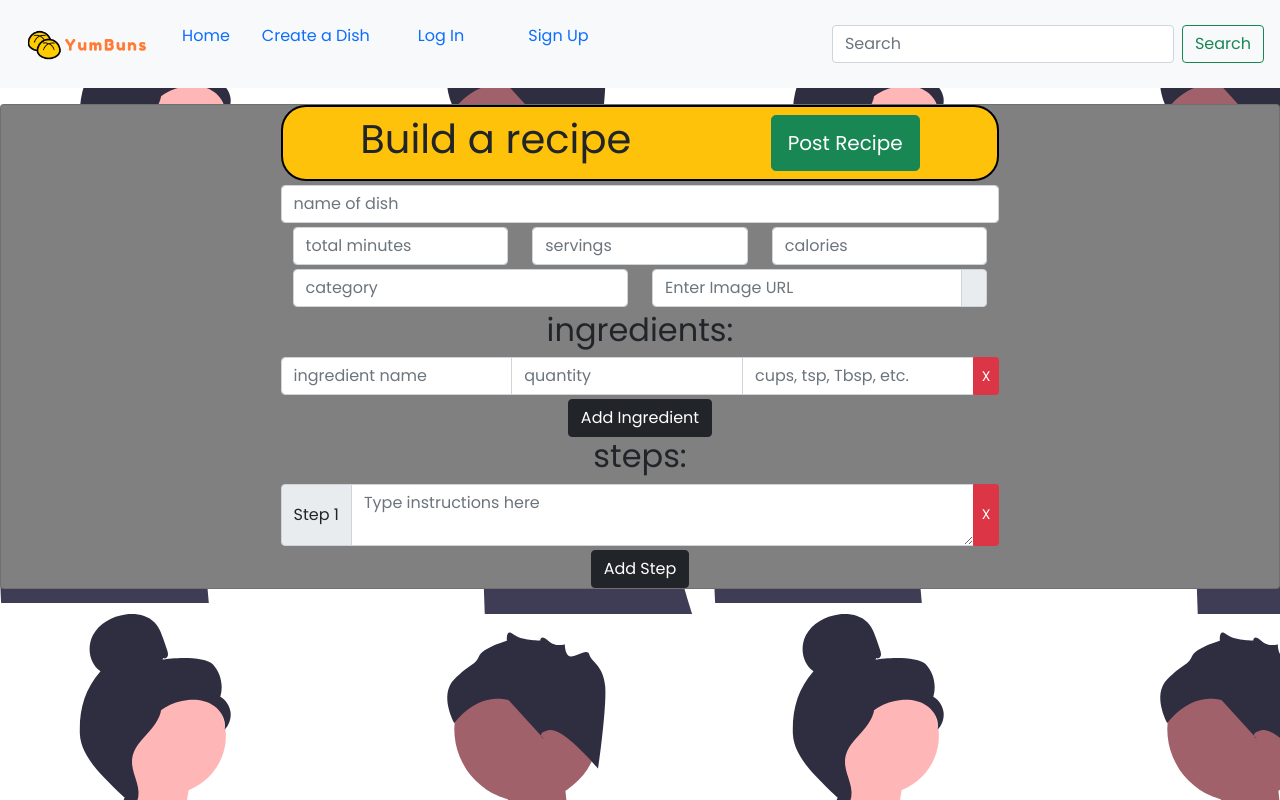
Repository: mottad14/yumBuns
Page: /create (app in client/)
These files come from the project's save history. The page is drawn as it stood at one moment and after the next save; the edit follows.
The browser window is 1280 px wide. The pictures show the whole page.
Some web fonts or font styles are not loaded; a fallback is used. The project was rebuilt for these pictures with package versions that can differ from the ones it lists, and the page was loaded fresh each time. Also part of the build but not shown: client/src/components/RecipePreview.js, client/src/views/Main.js, client/src/views/Login.js, client/src/views/NewAccount.js, client/src/views/Recipe.js, client/src/components/SubscribePop.css, client/src/components/SignUp.jsx, client/src/components/SubscribePop.js.

Above is the page before, as saved 2022-07-30 12:58:33.

### client/public/index.html
<!DOCTYPE html>
<html lang="en">
  <head>
    <meta charset="utf-8" />
    <link rel="icon" href="%PUBLIC_URL%/favicon.ico" />
    <meta name="viewport" content="width=device-width, initial-scale=1" />
    <meta name="theme-color" content="#000000" />
    <meta
      name="description"
      content="Web site created using create-react-app"
    />
    <!--
      Notice the use of %PUBLIC_URL% in the tags above.
      It will be replaced with the URL of the `public` folder during the build.
      Only files inside the `public` folder can be referenced from the HTML.

      Unlike "/favicon.ico" or "favicon.ico", "%PUBLIC_URL%/favicon.ico" will
      work correctly both with client-side routing and a non-root public URL.
      Learn how to configure a non-root public URL by running `npm run build`.
    -->
    <title>Yumbuns</title>
  </head>
  <body>
    <noscript>You need to enable JavaScript to run this app.</noscript>
    <div id="root"></div>
    <!--
      This HTML file is a template.
      If you open it directly in the browser, you will see an empty page.

      You can add webfonts, meta tags, or analytics to this file.
      The build step will place the bundled scripts into the <body> tag.

      To begin the development, run `npm start` or `yarn start`.
      To create a production bundle, use `npm run build` or `yarn build`.
    -->
  </body>
</html>

### client/src/index.js
import React from 'react';
import ReactDOM from 'react-dom';
import './index.css';
import App from './App';
import reportWebVitals from './reportWebVitals';
import {BrowserRouter} from "react-router-dom";

ReactDOM.render(
    <React.StrictMode>
      <BrowserRouter>
            <App />
      </BrowserRouter>
    </React.StrictMode>,
    document.getElementById('root')
);



// If you want to start measuring performance in your app, pass a function
// to log results (for example: reportWebVitals(console.log))
// or send to an analytics endpoint. Learn more: https://bit.ly/CRA-vitals
reportWebVitals();

### client/src/App.js
import React from 'react';
import 'bootstrap/dist/css/bootstrap.min.css';
import {Switch, Route} from "react-router-dom";
import './App.css';
import NavBar from './components/NavBar';
import Main from './views/Main';
import Login from './views/Login'
import NewAccount from "./views/NewAccount"
import Create from './views/Create';
import Recipe from './views/Recipe';
import SubscribePop from './components/SubscribePop';
import {useState, useEffect} from 'react'
import { AuthContextProvider } from "./contexts/AuthContext";
import eating from "./imgs/cooking.svg"



function App() {
  const [timedPopup, setTimedPopup] = useState (false);

  useEffect(() => {
    setTimeout(() => {
      setTimedPopup(true)
    }, 45000)
  }, [])


  return (

    <div className="App" style={{ backgroundImage: `url(${eating})` }}>
      <div >

          <div className="">
              <AuthContextProvider>
                <NavBar/>
                  <Switch>
                    <Route exact path="/">
                      <Main/>
                    </Route>

                    <Route exact path="/login">
                      <Login/>
                    </Route>

                    <Route exact path="/signup">
                      <NewAccount/>
                    </Route>

                    <Route path="/view/single/:_id">
                      <Recipe/>
                    </Route>

                    <Route exact path="/create">
                      <Create/>
                    </Route>
                  </Switch>

                  <SubscribePop trigger={timedPopup} setTrigger={setTimedPopup}>
                  </SubscribePop>
              </AuthContextProvider>

          </div>
       </div>
    </div>
  );
}

export default App;

### client/src/App.css
@import url('https://fonts.googleapis.com/css2?family=BIZ+UDGothic&family=Poppins&display=swap');

.App {
  font-family: 'BIZ UDGothic', sans-serif;
  font-family: 'Poppins', sans-serif;
  text-align: center;
  min-height: 800px;
}

.recipePreview{
  border: 3px solid rgb(177, 177, 177);
  min-height: 300px;
  width: 250px;
  background-color: rgb(254, 194, 10);
  border-left-style: dotted;
  border-right-style: dotted;
  border-radius: 10%;

}

.recipePreview > img{
  width: 95%;
  border-radius: 10%;
}
.recipePreview >div{
  align-items: center;

}

.Logo{
  margin-left: 10px;
  height: 30px;
}

.sticky{
  position: sticky;
  top: 0;
  z-index: 999;
  background-color: rgb(254, 194, 10);
  border: 2px solid black;
  border-radius: 25px;
}

.thumbnailBox > img{
  height: 40px;
}

.thumbnailBox > img:hover{
  height: 125px;
}

### client/src/components/NavBar.js
import React from "react";
import { Link } from "react-router-dom"
import Nav from 'react-bootstrap/Nav';
import YumBuns from "../imgs/YumBunsLogo.png"

const NavBar = (props) => {
    return(
            <nav className="navbar navbar-expand-sm bg-light mb-3">
                <Link className="navbar-brand mx-3" to="/">  <img className="Logo" src={YumBuns} alt="Logo" /> </Link>

                <div className="collapse navbar-collapse" id="navbarSupportedContent">
                <ul className="navbar-nav me-auto mb-2 mb-lg-0">
                    <li className="nav-item">
                    <Nav.Link> <Link className="nav-link btn-outline-warning" aria-current="page" to="/">Home</Link> </Nav.Link>
                    </li>
                    <li className="nav-item">
                    <Nav.Link> <Link className="nav-link btn-outline-warning" to="/create">Create a Dish</Link> </Nav.Link>
                    </li>
                    <li className="nav-item">
                    <Nav.Link> <Link className="nav-link d-flex mx-3 btn-outline-warning" to="/login"> Log In</Link> </Nav.Link>
                    </li>
                    <li className="nav-item">
                    <Nav.Link>  <Link className="nav-link d-flex mx-3 btn-outline-warning" to="/signup">    <p onClick={() => props.setTrigger(true)}> Sign Up </p>    </Link> </Nav.Link>
                    </li>
                </ul>
                <form className="d-flex mx-3" role="search">
                    <input className="form-control me-2" type="search" placeholder="Search" aria-label="Search" />
                    <button className="btn btn-outline-success" type="submit">Search</button>
                </form>
            </div>
            </nav>
    )
}

export default NavBar;

### client/src/views/Create.js
import React, {useState} from "react";
import axios from "axios"
import { useHistory } from "react-router-dom";
import { Card } from "react-bootstrap";


const Create = (props) => {
    const [form, setForm] = useState({
        name:"",
        minutes: 0,
        servings: null,
        calories: null,
        category: "",
        imgURL: "",
        steps:[""], //Steps is going to need its own onChange-handler
        ingredients:[ //Ingredients will also need its own onChange-handler
            {amount: "", name:"", measurement:""}
        ]
    })

    const history = useHistory();

    const onChangeHandler = (event) =>{
        setForm({
            ...form,
            [event.target.name]: event.target.value
        })
    }

    const onAddStep = (event)=>{
        event.preventDefault();
        const copyForm = {...form};
        copyForm.steps.push("")
        setForm(copyForm);

    }

    const onAddIngredient = (event) =>{
        event.preventDefault();
        const copyForm = {...form};
        copyForm.ingredients.push({ amount: undefined, name: "", measurement: ""})
        setForm(copyForm);
    }

    const onRemoveIngredient = (event, i)=>{
        event.preventDefault();
        const copyForm = {...form}
        copyForm.ingredients.splice(i,1)
        setForm(copyForm)
    }

    const onRemoveStep = (event, i)=>{
        event.preventDefault();
        const copyForm = {...form}
        copyForm.steps.splice(i,1)
        setForm(copyForm)
    }

    const onChangeStep = (event, i)=>{
        const copyForm = {...form};
        copyForm.steps[i] = event.target.value;
        setForm(copyForm)
    }

    const onChangeIngredient = (event, i) => {
        const copyForm = {...form};
        copyForm.ingredients[i][event.target.name] = event.target.value;
        setForm(copyForm);
    }

    const onSubmitHandler = (event) => {
        event.preventDefault();
        axios.post("http://localhost:8000/api/recipes/create", form)
            .then(res=>{
                history.push("/");
            })
            .catch(err=>{
                console.log(err)
            })
    };

    return (
        <Card style={{backgroundColor: "gray", width: "500 px"}}>

           <form className="d-block w-75 mx-auto" onSubmit={onSubmitHandler}>
               <div className="d-flex justify-content-around sticky d-block w-75 mx-auto p-2">
                    <h1> Build a recipe</h1>
                    <input type="submit" className="btn btn-lg btn-success" value="Post Recipe" />
                </div>

               <div className="form-group d-block w-75 mx-auto my-1">
                   <input type="text" name="name" onChange={onChangeHandler} className="form-control" placeholder="name of dish" />
               </div>

               <div className="row my-1 w-75 mx-auto">
                   <div className="col">
                       <input type="number" name="minutes" onChange={onChangeHandler} className="form-control" placeholder="total minutes" aria-label="minutes"/>
                   </div>
                    <div className="col">
                       <input type="number" name="servings" onChange={onChangeHandler} className="form-control" placeholder="servings" aria-label="servings"/>
                   </div>
                    <div className="col">
                       <input type="number" name="calories" onChange={onChangeHandler} className="form-control" placeholder="calories" aria-label="calories"/>
                   </div>
               </div>

                <div className="row my-1 w-75 mx-auto">
                   <div className="col">
                       <input type="text" name="category" onChange={onChangeHandler} className="form-control" placeholder="category" aria-label="category"/>
                   </div>
                    <div className="col input-group">
                       <input type="text" name="imgURL" onChange={onChangeHandler} className="form-control" placeholder="Enter Image URL" aria-label="imageURL"/>
                       <span className="input-group-text thumbnailBox">{form.imgURL.length > 0 && <img src={form.imgURL} alt="image thumbnail" />}</span>
                   </div>
               </div>

               <h2>ingredients:</h2>
               {
                   form.ingredients.map((ingredient, i)=> {
                   return (
                       <div key={i} className="input-group my-1 mx-auto w-75">
                        <input type="text" value={ingredient.name} onChange={(event)=>onChangeIngredient(event, i)} className="form-control" placeholder="ingredient name" name="name" aria-label="amount" />
                        <input type="number" value={ingredient.amount} onChange={(event)=>onChangeIngredient(event, i)} className="form-control" placeholder="quantity" name="amount" aria-label="amount" />
                        <input type="text" value={ingredient.measurement} onChange={(event)=>onChangeIngredient(event, i)} className="form-control" placeholder="cups, tsp, Tbsp, etc." name="measurement" aria-label="amount"/>
                        <button  className="btn btn-sm btn-danger" onClick={(event)=>onRemoveIngredient(event, i)}>X</button>
                    </div>)
                   })
               }
                <button onClick={onAddIngredient} className="btn btn-dark">Add Ingredient</button>

               <h2>steps:</h2>
               {
                   form.steps.map((step, i)=>{
                       return <div key={i} className="input-group my-1 mx-auto w-75">
                                <span className="input-group-text" key={i}> Step {i+1}</span>
                                <textarea onChange={(event)=>onChangeStep(event, i)} value={step} placeholder="Type instructions here" className="form-control col-12" aria-label="With textarea"></textarea>
                                <button className="btn btn-sm btn-danger" onClick={(event)=>onRemoveStep(event, i)}>X</button>
                       </div>
                   })
               }
               <button onClick={onAddStep} className="btn btn-dark">Add Step</button>
           </form>

        </Card>
    )

}

export default Create;

### client/src/contexts/AuthContext.js
import { createContext, useContext, useEffect, useState } from "react";
import {createUserWithEmailAndPassword,
    signInWithEmailAndPassword,
    signOut,
    onAuthStateChanged}
    from "firebase/auth"
import { auth } from "../firebase";

const UserContext = createContext();

export const AuthContextProvider = ({children}) => {
    const [user, setUser] = useState({})

    const createUser = (email, password) => {
        return (createUserWithEmailAndPassword(auth, email, password))
    }

    const signIn = (email, password) => {
        return signInWithEmailAndPassword(auth, email, password)
    }

    const logout = () =>{
        return signOut(auth);
    }

    useEffect (() => {
        const unsubscribe = onAuthStateChanged(auth, (currentUser) => {
            console.log(currentUser)
            setUser(currentUser)
        })
        return (() => {
            unsubscribe()
        })
    }, [])

    return (
        <UserContext.Provider value={{ createUser, user, signIn, logout }}>
            {children}
        </UserContext.Provider>
    )
}

export const UserAuth = () =>{
    return useContext(UserContext)
}

### client/src/firebase.js
// Import the functions you need from the SDKs you need
import { initializeApp } from "firebase/app";
import { getAuth } from "firebase/auth";
// TODO: Add SDKs for Firebase products that you want to use
// https://firebase.google.com/docs/web/setup#available-libraries

// Your web app's Firebase configuration
console.log(`The current api key is: ${process.env.REACT_APP_FIREBASE_API_KEY}`)
const firebaseConfig = {
  apiKey: process.env.REACT_APP_FIREBASE_API_KEY,
  authDomain: process.env.REACT_APP_FIREBASE_AUTH_DOMAIN,
  projectId: process.env.REACT_APP_FIREBASE_PROJECT_ID,
  storageBucket: process.env.REACT_APP_FIREBASE_STORAGE_BUCKET,
  messagingSenderId: process.env.REACT_APP_FIREBASE_MESSAGING_SENDER_ID,
  appId: process.env.REACT_APP_FIREBASE_APP_ID,
  measurementId: process.env.REACT_APP_FIREBASE_MEASUREMENT_ID
};

// Initialize Firebase
const app = initializeApp(firebaseConfig);
export const auth = getAuth(app);
export default app;

Loaded but not shown: client/src/index.css (common file); client/src/reportWebVitals.js (common file)

After the next save:
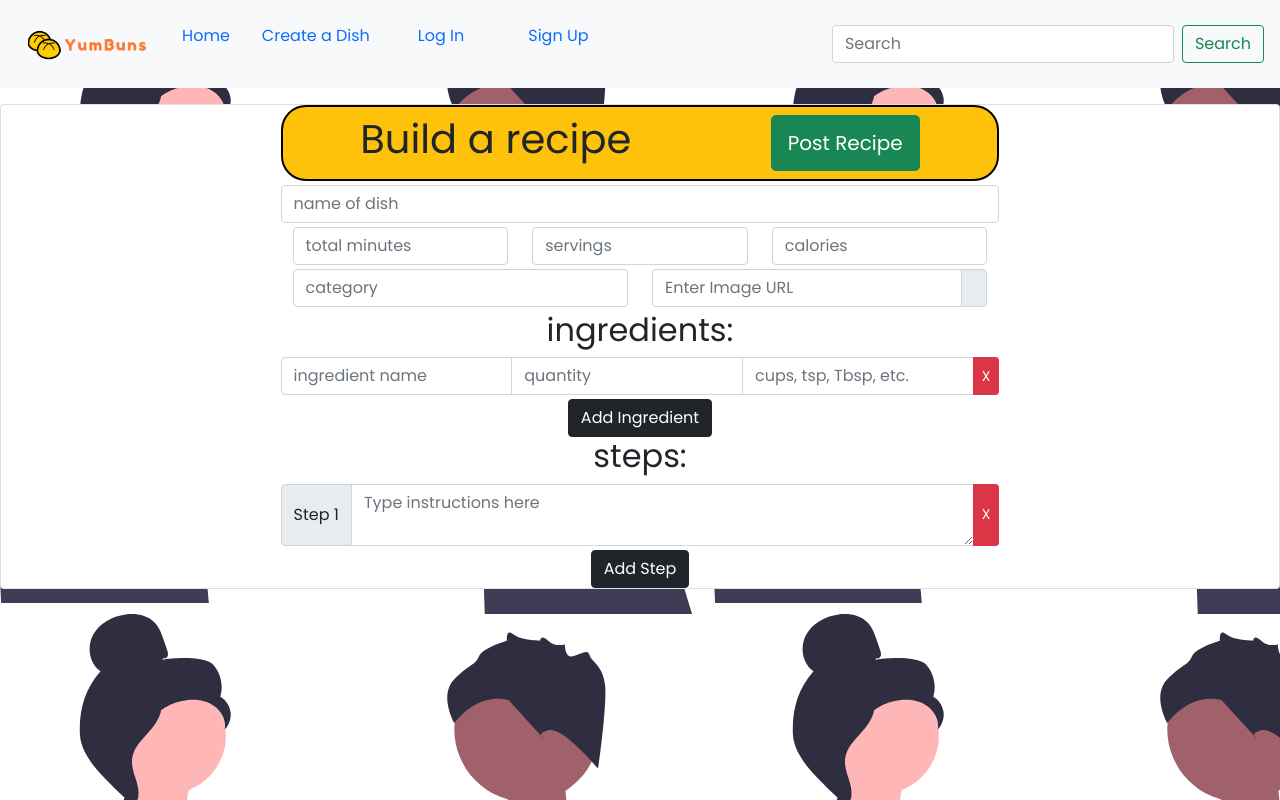
Saved 15 s later.
--- a/client/src/views/Create.js
+++ b/client/src/views/Create.js
@@ -80,7 +80,7 @@ const Create = (props) => {
     };
 
     return (
-        <Card style={{backgroundColor: "gray", width: "500 px"}}>
+        <Card style={{backgroundColor: "light gray", width: "500 px"}}>
 
            <form className="d-block w-75 mx-auto" onSubmit={onSubmitHandler}>
                <div className="d-flex justify-content-around sticky d-block w-75 mx-auto p-2">
